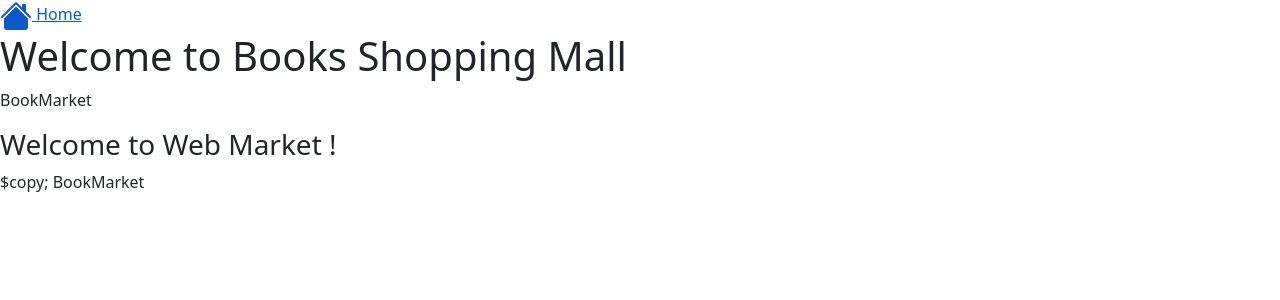
Repository: man332414/myJspStudy
Page: http://localhost/bookmarket/
An editor plug-in stored every save of this project. The page is shown before and after the next save, followed by the edit.
The browser window is 1280 px wide. The pictures show the whole page.
The page is served by Tomcat 10.

Above is the page before, as saved 2024-10-08 02:31:41.

After the next save:
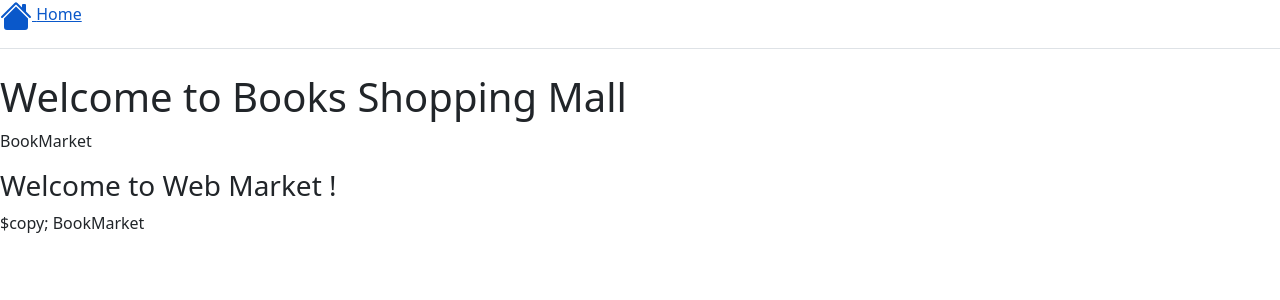
Saved 67 s later.
--- a/bookmarket/src/main/webapp/welcome.jsp
+++ b/bookmarket/src/main/webapp/welcome.jsp
@@ -9,7 +9,7 @@
 </head>
 <body>
 	<div>
-		<header>
+		<header class = "pb-3 mb-4 border-bottom">
 			<a href = "./welcome.jsp">
 			<svg  width="32" height="32" fill="currentColor" class="bi bi-house-fill" viewBox="0 0 16 16">
 	              <path d="M8.707 1.5a1 1 0 0 0-1.414 0L.646 8.146a.5.5 0 0 0 .708.708L8 2.207l6.646 6.647a.5.5 0 0 0 .708-.708L13 5.793V2.5a.5.5 0 0 0-.5-.5h-1a.5.5 0 0 0-.5.5v1.293L8.707 1.5Z"/>
